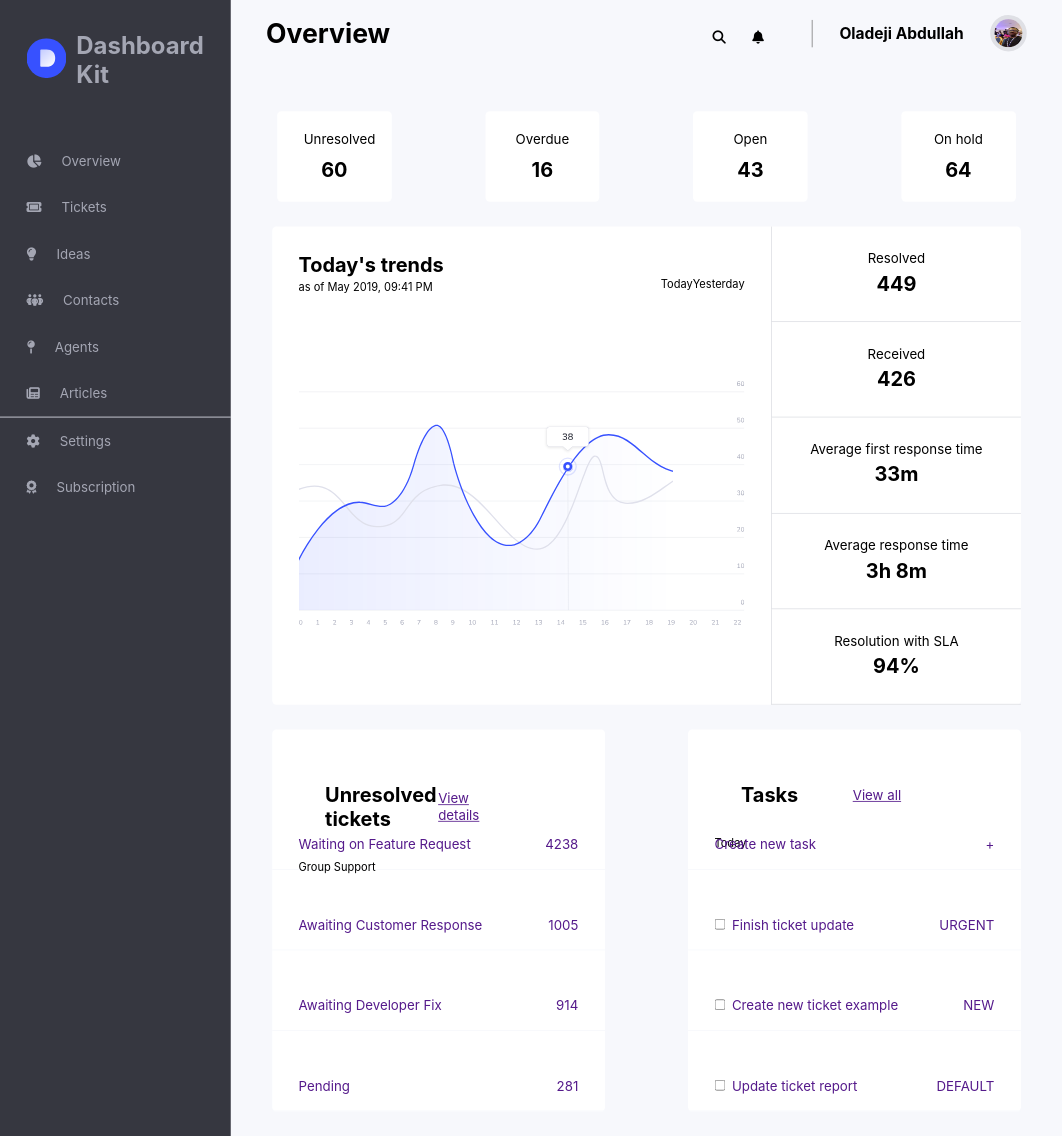
Repository: BuduCE/dashboard
Page: /
The author's editor kept a copy of each file at every save. The page is drawn from the files as they stood at one save, then again after the next save.
The browser window is 1280 px wide. The pictures show the whole page, at 83% of full size.
Some web libraries are served in a nearby version. The project was rebuilt for these pictures with package versions that can differ from the ones it lists, and the page was loaded fresh each time. Also part of the build but not shown: src/pages/Tickets/index.jsx, src/components/common/Logo/styles.css.

Above is the page before, as saved 2022-08-06 00:23:34.

After the next save:
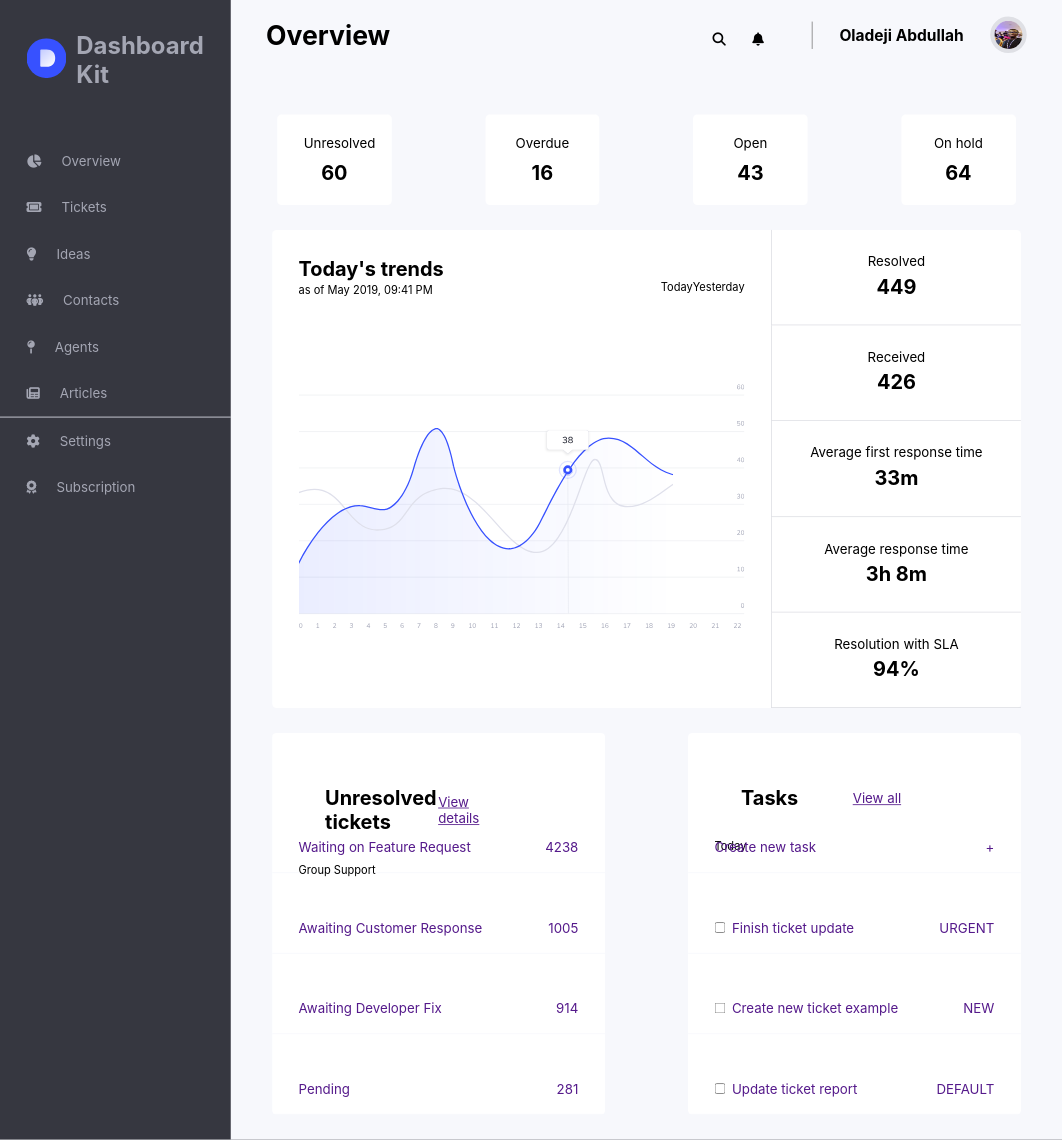
Saved 7 s later.
--- a/src/components/common/Header/styles.css
+++ b/src/components/common/Header/styles.css
@@ -3,7 +3,7 @@
     justify-content: space-between;
     width: 100%;
     height: 10vh;
-    padding: 40px 43px;
+    padding: 42px 43px;
     align-items: center;
 }
 .headerR{
